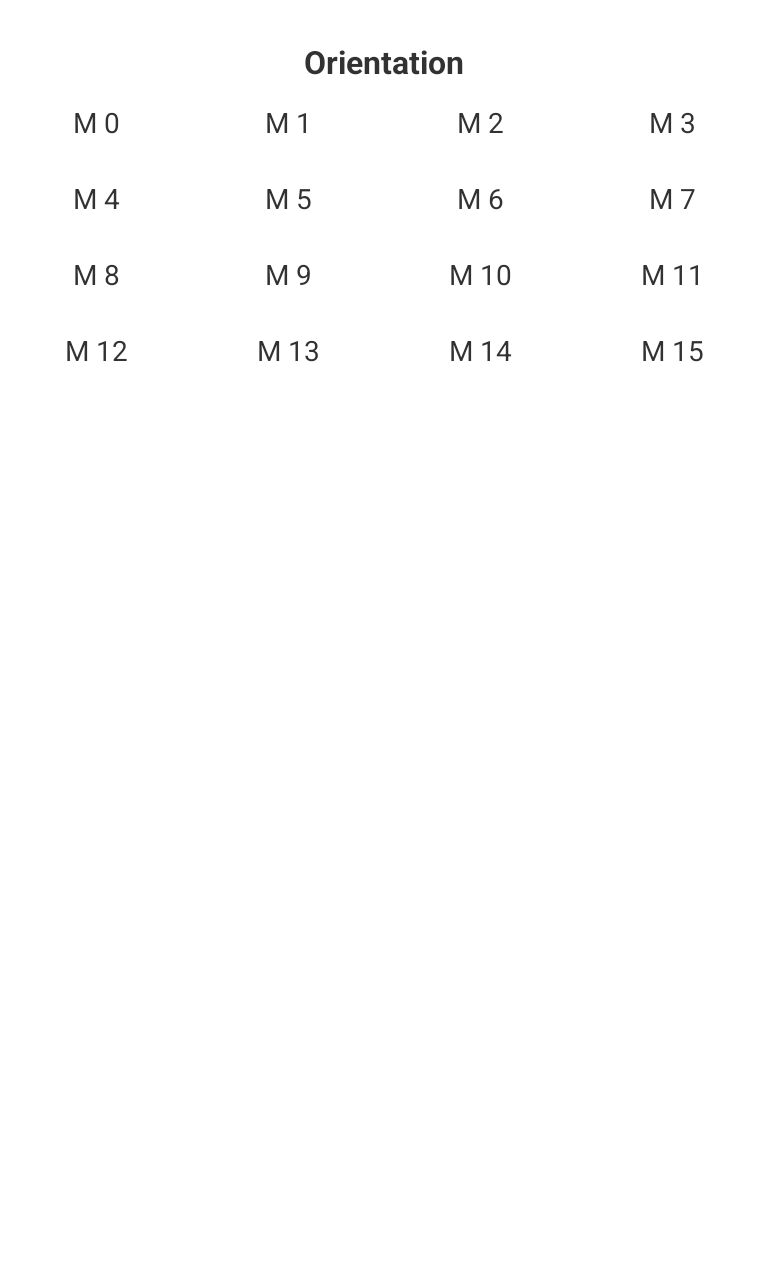
Repository: 3lim/DroidAhoy
Layout: AhoyApp/res/layout/main.xml
These files come from the project's save history. The layout is drawn as it stood at one moment and after the next save; the edit follows.
It is drawn on a 768 x 1280 px phone screen (xhdpi) without system bars, with theme AppTheme; the app's code is not run.

Above is the layout before, as saved 2013-11-14 21:14:02.

After the next save:
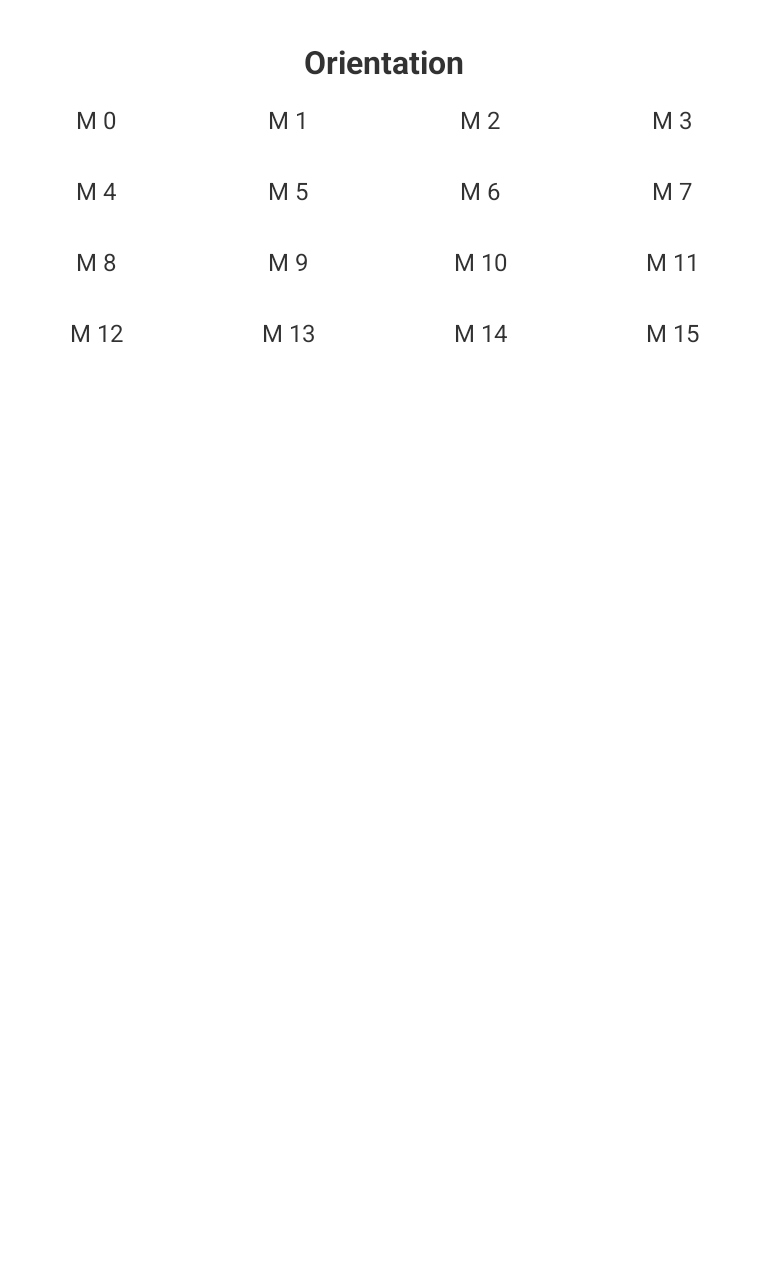
Saved 74 s later.
--- a/AhoyApp/res/layout/main.xml
+++ b/AhoyApp/res/layout/main.xml
@@ -35,7 +35,7 @@ android:layout_width="wrap_content"
 
 android:layout_height="wrap_content"
 
-android:textSize="14sp"
+android:textSize="12sp"
 
 android:text="M 0"
 
@@ -47,7 +47,7 @@ android:layout_width="wrap_content"
 
 android:layout_height="wrap_content"
 
-android:textSize="14sp"
+android:textSize="12sp"
 
 android:text="M 1"
 
@@ -59,7 +59,7 @@ android:layout_width="wrap_content"
 
 android:layout_height="wrap_content"
 
-android:textSize="14sp"
+android:textSize="12sp"
 
 android:text="M 2"
 
@@ -71,7 +71,7 @@ android:layout_width="wrap_content"
 
 android:layout_height="wrap_content"
 
-android:textSize="14sp"
+android:textSize="12sp"
 
 android:text="M 3"
 
@@ -131,7 +131,7 @@ android:layout_width="wrap_content"
 
 android:layout_height="wrap_content"
 
-android:textSize="14sp"
+android:textSize="12sp"
 
 android:text="M 4"
 
@@ -143,7 +143,7 @@ android:layout_width="wrap_content"
 
 android:layout_height="wrap_content"
 
-android:textSize="14sp"
+android:textSize="12sp"
 
 android:text="M 5"
 
@@ -155,7 +155,7 @@ android:layout_width="wrap_content"
 
 android:layout_height="wrap_content"
 
-android:textSize="14sp"
+android:textSize="12sp"
 
 android:text="M 6"
 
@@ -167,7 +167,7 @@ android:layout_width="wrap_content"
 
 android:layout_height="wrap_content"
 
-android:textSize="14sp"
+android:textSize="12sp"
 
 android:text="M 7"
 
@@ -227,7 +227,7 @@ android:layout_width="wrap_content"
 
 android:layout_height="wrap_content"
 
-android:textSize="14sp"
+android:textSize="12sp"
 
 android:text="M 8"
 
@@ -239,7 +239,7 @@ android:layout_width="wrap_content"
 
 android:layout_height="wrap_content"
 
-android:textSize="14sp"
+android:textSize="12sp"
 
 android:text="M 9"
 
@@ -251,7 +251,7 @@ android:layout_width="wrap_content"
 
 android:layout_height="wrap_content"
 
-android:textSize="14sp"
+android:textSize="12sp"
 
 android:text="M 10"
 
@@ -263,7 +263,7 @@ android:layout_width="wrap_content"
 
 android:layout_height="wrap_content"
 
-android:textSize="14sp"
+android:textSize="12sp"
 
 android:text="M 11"
 
@@ -323,7 +323,7 @@ android:layout_width="wrap_content"
 
 android:layout_height="wrap_content"
 
-android:textSize="14sp"
+android:textSize="12sp"
 
 android:text="M 12"
 
@@ -335,7 +335,7 @@ android:layout_width="wrap_content"
 
 android:layout_height="wrap_content"
 
-android:textSize="14sp"
+android:textSize="12sp"
 
 android:text="M 13"
 
@@ -347,7 +347,7 @@ android:layout_width="wrap_content"
 
 android:layout_height="wrap_content"
 
-android:textSize="14sp"
+android:textSize="12sp"
 
 android:text="M 14"
 
@@ -359,7 +359,7 @@ android:layout_width="wrap_content"
 
 android:layout_height="wrap_content"
 
-android:textSize="14sp"
+android:textSize="12sp"
 
 android:text="M 15"
 
